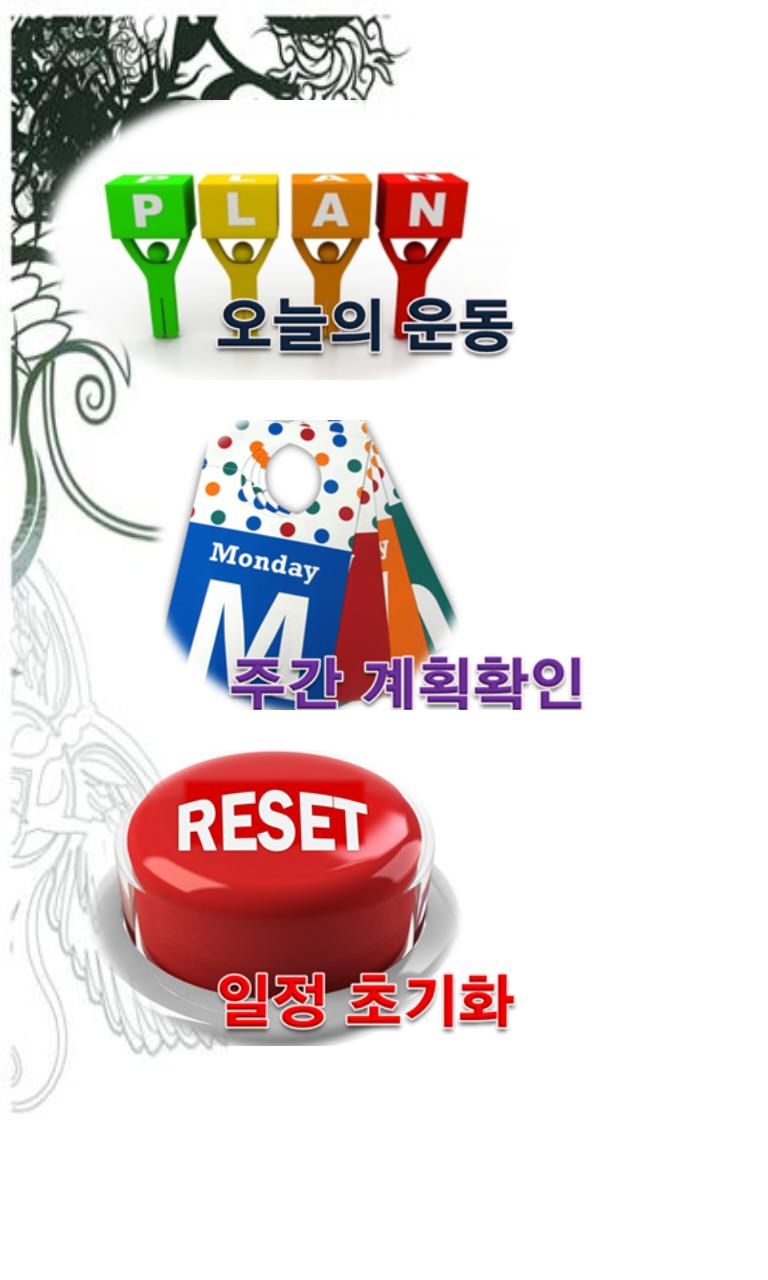
Repository: LewisLim579/2013TeamProject
Layout: PtsApp/res/layout/fschedule.xml
These files come from the project's save history. The layout is drawn as it stood at one moment and after the next save; the edit follows.
It is drawn on a 768 x 1280 px phone screen (xhdpi) without system bars, with theme android:Theme.NoTitleBar.Fullscreen; the app's code is not run.

Above is the layout before, as saved 2013-06-12 14:20:03.

### PtsApp/res/layout/fschedule.xml
<LinearLayout xmlns:android="http://schemas.android.com/apk/res/android"
    android:layout_width="fill_parent"
    android:layout_height="fill_parent"
    android:orientation="vertical"
    android:background="@drawable/back" >

    <LinearLayout
        android:layout_width="match_parent"
        android:layout_height="200dp"
        android:orientation="vertical" >

        <ImageButton
            android:id="@+id/btn1"
            android:layout_width="296dp"
            android:layout_height="wrap_content"
            android:layout_marginBottom="10dp"
            android:layout_marginTop="50dp"
            android:background="#00000000"
            android:src="@drawable/today" />
    </LinearLayout>

   <LinearLayout
       android:layout_width="match_parent"
       android:layout_height="165dp"
       android:orientation="vertical" >

       <ImageButton
           android:id="@+id/btn2"
           android:layout_width="match_parent"
           android:layout_height="wrap_content"
           android:layout_marginBottom="10dp"
           android:layout_marginTop="10dp"
           android:background="#00000000"
           android:src="@drawable/week" />
   </LinearLayout>

   <LinearLayout
       android:layout_width="wrap_content"
       android:layout_height="168dp"
       android:orientation="vertical" >

       <ImageButton
           android:id="@+id/btn3"
           android:layout_width="318dp"
           android:layout_height="wrap_content"
           android:layout_marginBottom="10dp"
           android:layout_marginTop="10dp"
           android:background="#00000000"
           android:src="@drawable/reset" />

   </LinearLayout>


</LinearLayout>

After the next save:
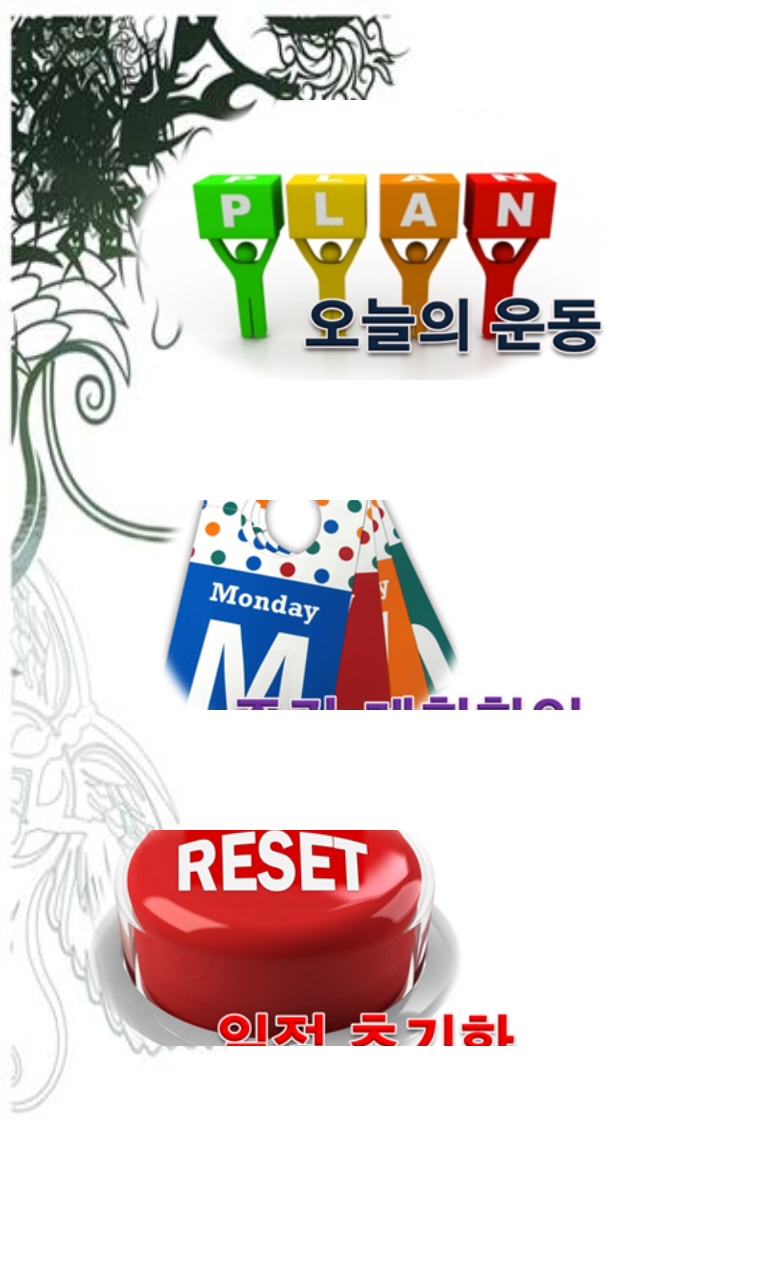
Saved 119 s later.
--- a/PtsApp/res/layout/fschedule.xml
+++ b/PtsApp/res/layout/fschedule.xml
@@ -16,6 +16,7 @@
             android:layout_marginBottom="10dp"
             android:layout_marginTop="50dp"
             android:background="#00000000"
+            android:layout_gravity="center"
             android:src="@drawable/today" />
     </LinearLayout>
 
@@ -29,8 +30,9 @@
            android:layout_width="match_parent"
            android:layout_height="wrap_content"
            android:layout_marginBottom="10dp"
-           android:layout_marginTop="10dp"
+           android:layout_marginTop="50dp"
            android:background="#00000000"
+           android:layout_gravity="center"
            android:src="@drawable/week" />
    </LinearLayout>
 
@@ -44,8 +46,9 @@
            android:layout_width="318dp"
            android:layout_height="wrap_content"
            android:layout_marginBottom="10dp"
-           android:layout_marginTop="10dp"
+           android:layout_marginTop="50dp"
            android:background="#00000000"
+           android:layout_gravity="center"
            android:src="@drawable/reset" />
 
    </LinearLayout>
